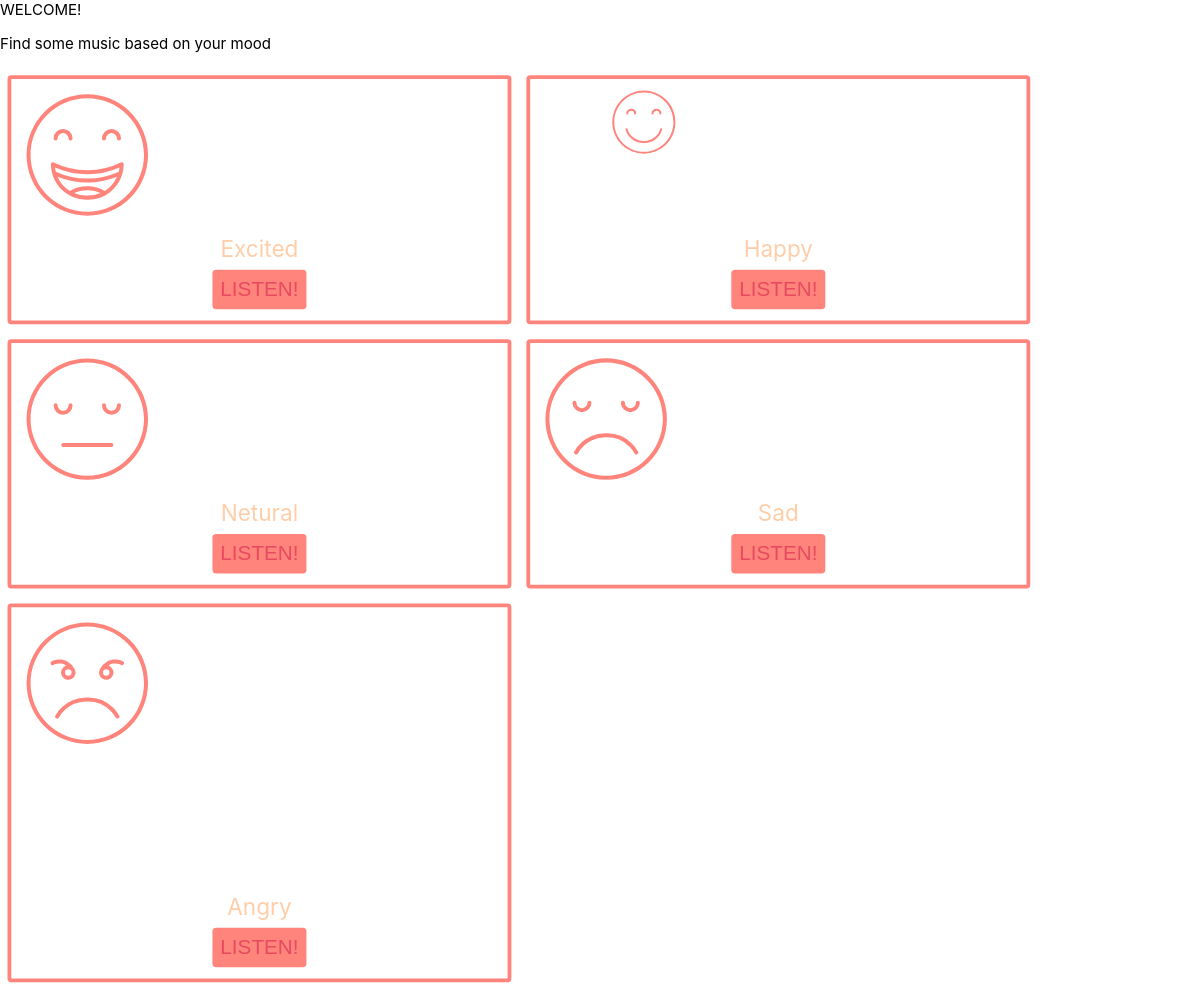
Repository: majakesin/moodify-app
Page: /
These files come from the project's save history. The page is drawn as it stood at one moment and after the next save; the edit follows.
The browser window is 1280 px wide. The pictures show the whole page, at 94% of full size.
The project was rebuilt for these pictures with package versions that can differ from the ones it lists, and the page was loaded fresh each time.

Above is the page before, as saved 2023-08-21 13:08:46.

### public/index.html
<!DOCTYPE html>
<html lang="en">
  <head>
    <meta charset="utf-8" />
    <link rel="icon" href="%PUBLIC_URL%/logo.svg" />
    <meta name="viewport" content="width=device-width, initial-scale=1" />
    <meta name="theme-color" content="#000000" />
    <meta
      name="description"
      content="Moodify -- App that gives yours ears the best music based on your mood"
    />
    <link rel="apple-touch-icon" href="%PUBLIC_URL%/logo.svg" />
    <!--
      manifest.json provides metadata used when your web app is installed on a
      user's mobile device or desktop. See https://developers.google.com/web/fundamentals/web-app-manifest/
    -->
    <link rel="manifest" href="%PUBLIC_URL%/manifest.json" />
    <!--
      Notice the use of %PUBLIC_URL% in the tags above.
      It will be replaced with the URL of the `public` folder during the build.
      Only files inside the `public` folder can be referenced from the HTML.

      Unlike "/favicon.ico" or "favicon.ico", "%PUBLIC_URL%/favicon.ico" will
      work correctly both with client-side routing and a non-root public URL.
      Learn how to configure a non-root public URL by running `npm run build`.
    -->
    <title>Moodify</title>
  </head>
  <body>
    <noscript>You need to enable JavaScript to run this app.</noscript>
    <div id="root"></div>
    <!--
      This HTML file is a template.
      If you open it directly in the browser, you will see an empty page.

      You can add webfonts, meta tags, or analytics to this file.
      The build step will place the bundled scripts into the <body> tag.

      To begin the development, run `npm start` or `yarn start`.
      To create a production bundle, use `npm run build` or `yarn build`.
    -->
  </body>
</html>

### src/App.js
import "./App.css";
import ChooseMood from "./pages/ChooseMood";

function App() {
  return (
    <div className="App">
      <ChooseMood />
    </div>
  );
}

export default App;

### src/App.css
@import '../src//styles/variables.css';

button {
  border: none;
  border-radius: 4px;
  padding: 8px;
  font-size: 22px;;
  margin: 4px;
  background-color: var(--third-color);
  color: var(--second-color);
}

button:hover {
  cursor: pointer;
}

### src/pages/ChooseMood/index.jsx
import { moods } from 'src/data/moods'
import Mood from 'src/components/Mood';

import styles from './index.module.css';

const ChooseMood = () => {

    return (
        <div>
            WELCOME!
            <p>Find some music based on your mood </p>
            <div className={styles['mood-list']}>
                {moods.map(({ type, icon }) => {
                    return (<Mood type={type} icon={icon} />)
                })}
            </div>
        </div>
    )

};

export default ChooseMood;

### src/styles/variables.css
:root,
:root.pink {
    --first-color: #45171d;
    --second-color: #e84a5f;
    --third-color: #ff847c;
    --fourth-color: #fecea8;
}
    :root.rainbow {
        --first-color: #cbf078;
        --second-color: #f8f398;
        --third-color: #f1b963;
        --fourth-color: #e46161;
    }
    :root.blue {
        --first-color: #5585b5;
        --second-color: #53a8b6;
        --third-color: #79c2d0;
        --fourth-color: #bbe4e9;
    }

### src/data/moods.js
export const moods = [
    {
        type: 'Excited',
        icon: <svg id="SvgjsSvg1081" xmlns="http://www.w3.org/2000/svg" version="1.1" xmlnsXlink="http://www.w3.org/1999/xlink" xmlnsSvgjs="http://svgjs.com/svgjs">
                <defs id="SvgjsDefs1082"></defs>
                <g id="SvgjsG1083">
                    <svg   preserveAspectRatio="xMidYMid meet" xmlns="http://www.w3.org/2000/svg" data-name="Layer 1" viewBox="0 0 1012 1012" width="288" height="288">
                        <path fill="currentcolor" d="M416.51318,95.48682A226.99992,226.99992,0,1,0,95.48682,416.51318,226.99992,226.99992,0,1,0,416.51318,95.48682ZM256,468C139.103,468,44,372.897,44,256S139.103,44,256,44s212,95.103,212,212S372.897,468,256,468ZM137.5,202a7.50006,7.50006,0,0,0,7.5-7.5,20.5,20.5,0,0,1,41,0,7.5,7.5,0,0,0,15,0,35.5,35.5,0,0,0-71,0A7.50006,7.50006,0,0,0,137.5,202Zm181,0a7.50006,7.50006,0,0,0,7.5-7.5,20.5,20.5,0,0,1,41,0,7.5,7.5,0,0,0,15,0,35.5,35.5,0,0,0-71,0A7.50006,7.50006,0,0,0,318.5,202Zm69.95947,82.13037a7.49875,7.49875,0,0,0-7.27832-.356A284.51645,284.51645,0,0,1,257.5,313h-1.48a284.55042,284.55042,0,0,1-125.2002-29.2251A7.4999,7.4999,0,0,0,120,290.5a132.31839,132.31839,0,0,0,79.15625,121.32324A131.47888,131.47888,0,0,0,252.5,423h7a132.5854,132.5854,0,0,0,127.794-97.37988A133.06894,133.06894,0,0,0,392,290.5,7.5003,7.5003,0,0,0,388.45947,284.13037ZM259.5,408h-7a116.58888,116.58888,0,0,1-46.02222-9.36157C219.72205,391.8783,237.33752,388,256.002,388c18.66236,0,36.27466,3.87708,49.51734,10.63538A116.56076,116.56076,0,0,1,259.5,408Zm83.08691-34.41309a117.56809,117.56809,0,0,1-21.38024,16.93219C305.07166,379.48517,281.17847,373,256.002,373c-25.18383,0-49.0852,6.48932-65.22168,17.52966a116.81051,116.81051,0,0,1-46.07495-53.13611,299.90773,299.90773,0,0,0,111.31323,21.61036c.5044,0,1.01612-.00147,1.52051-.00391A300.023,300.023,0,0,0,367.2478,337.40454,117.86031,117.86031,0,0,1,342.58691,373.58691ZM373.6593,318.347A284.8703,284.8703,0,0,1,257.46094,344c-.49219.00293-.97412.00391-1.46387.00391a284.90227,284.90227,0,0,1-117.65942-25.65967,117.74477,117.74477,0,0,1-2.72388-15.77832A299.64178,299.64178,0,0,0,256.02,328h1.519a299.80874,299.80874,0,0,0,118.84668-25.43555A117.6884,117.6884,0,0,1,373.6593,318.347Z" class="color2c2b2d svgShape"></path>
                    </svg>
                </g>
             </svg>
    },
    {
        type: 'Happy',
        icon: <svg id="SvgjsSvg1102" xmlns="http://www.w3.org/2000/svg" version="1.1" xmlnsXlink="http://www.w3.org/1999/xlink" xmlnsSvgjs="http://svgjs.com/svgjs">
                <defs id="SvgjsDefs1103"></defs>
                <g id="SvgjsG1104">
                    <svg xmlns="http://www.w3.org/2000/svg" data-name="Layer 1" viewBox="0 0 1012 1012" >
                        <path fill="currentcolor" d="M382.042,299.40674a7.496,7.496,0,0,0-9.21582,5.251A117.42927,117.42927,0,0,1,259.5,391h-7a117.41578,117.41578,0,0,1-113.32715-86.33447,7.49971,7.49971,0,1,0-14.46484,3.96875A132.417,132.417,0,0,0,252.5,406h7a132.58733,132.58733,0,0,0,127.793-97.37744A7.4999,7.4999,0,0,0,382.042,299.40674ZM416.51367,95.48682A227.00026,227.00026,0,0,0,95.48633,416.51318,227.00026,227.00026,0,0,0,416.51367,95.48682ZM256,468C139.10254,468,44,372.897,44,256S139.10254,44,256,44s212,95.103,212,212S372.89746,468,256,468ZM137.5,202a7.49974,7.49974,0,0,0,7.5-7.5,20.5,20.5,0,0,1,41,0,7.5,7.5,0,0,0,15,0,35.5,35.5,0,0,0-71,0A7.49974,7.49974,0,0,0,137.5,202Zm181,0a7.49974,7.49974,0,0,0,7.5-7.5,20.5,20.5,0,0,1,41,0,7.5,7.5,0,0,0,15,0,35.5,35.5,0,0,0-71,0A7.49974,7.49974,0,0,0,318.5,202Z" class="color2c2b2d svgShape"></path>
                    </svg>
                </g>
            </svg> ,
    },
    {
        type: 'Netural',
        icon: <svg id="SvgjsSvg1123" width="288" xmlns="http://www.w3.org/2000/svg" version="1.1" xmlnsXlink="http://www.w3.org/1999/xlink" xmlnsSvgjs="http://svgjs.com/svgjs">
                <defs id="SvgjsDefs1124"></defs>
                <g id="SvgjsG1125">
                    <svg xmlns="http://www.w3.org/2000/svg" data-name="Layer 1" viewBox="0 0 1012 1012" width="288" height="288">
                        <path fill="currentcolor" d="M201,204.5a7.5,7.5,0,0,0-15,0,20.5,20.5,0,0,1-41,0,7.5,7.5,0,0,0-15,0,35.5,35.5,0,0,0,71,0ZM374.5,197a7.50006,7.50006,0,0,0-7.5,7.5,20.5,20.5,0,0,1-41,0,7.5,7.5,0,0,0-15,0,35.5,35.5,0,0,0,71,0A7.50006,7.50006,0,0,0,374.5,197ZM416.51318,95.48682A226.99992,226.99992,0,1,0,95.48682,416.51318,226.99992,226.99992,0,1,0,416.51318,95.48682ZM256,468C139.103,468,44,372.897,44,256S139.103,44,256,44s212,95.103,212,212S372.897,468,256,468Zm90-123H166a7.5,7.5,0,0,0,0,15H346a7.5,7.5,0,0,0,0-15Z" class="color2c2b2d svgShape"></path>
                    </svg>
                </g>
            </svg>,
    },
    {
        type: 'Sad',
        icon: <svg id="SvgjsSvg1193" width="288" xmlns="http://www.w3.org/2000/svg" version="1.1" xmlnsXlink="http://www.w3.org/1999/xlink" xmlnsSvgjs="http://svgjs.com/svgjs">
                <defs id="SvgjsDefs1194"></defs>
                <g id="SvgjsG1195">
                    <svg xmlns="http://www.w3.org/2000/svg" data-name="Layer 1" viewBox="0 0 1012 1012" width="288" height="288">
                         <path fill="currentcolor" d="M165.5,230A35.54028,35.54028,0,0,0,201,194.5a7.5,7.5,0,0,0-15,0,20.5,20.5,0,0,1-41,0,7.5,7.5,0,0,0-15,0A35.54028,35.54028,0,0,0,165.5,230Zm209-43a7.50006,7.50006,0,0,0-7.5,7.5,20.5,20.5,0,0,1-41,0,7.5,7.5,0,0,0-15,0,35.5,35.5,0,0,0,71,0A7.50006,7.50006,0,0,0,374.5,187ZM353.19336,347.94678A132.16887,132.16887,0,0,0,259.5,309.14014h-7a131.47793,131.47793,0,0,0-53.34082,11.17529,133.55143,133.55143,0,0,0-62.24854,56.51221,7.50013,7.50013,0,0,0,13.07911,7.34472,118.4576,118.4576,0,0,1,55.21435-50.1289A116.57358,116.57358,0,0,1,252.5,324.14014h7a117.16738,117.16738,0,0,1,83.08691,34.41308,117.92616,117.92616,0,0,1,19.42432,25.62061,7.5,7.5,0,0,0,13.07715-7.34766A132.92018,132.92018,0,0,0,353.19336,347.94678Zm63.31982-252.46A226.99992,226.99992,0,1,0,95.48682,416.51318,226.99992,226.99992,0,1,0,416.51318,95.48682ZM256,468C139.103,468,44,372.897,44,256S139.103,44,256,44s212,95.103,212,212S372.897,468,256,468Z" class="color2c2b2d svgShape"></path>
                    </svg>
                </g>
            </svg>,
    },
    {
        type: 'Angry',
        icon: <svg xmlns="http://www.w3.org/2000/svg" data-name="Layer 1" viewBox="0 0 1012 1012" width="288" height="288">
                <path fill="currentcolor" d="M353.19336,347.94629A132.1737,132.1737,0,0,0,259.5,309.13965h-7a131.5101,131.5101,0,0,0-53.3418,11.17578,133.55212,133.55212,0,0,0-62.24707,56.51172,7.49995,7.49995,0,0,0,13.07813,7.3457A118.46814,118.46814,0,0,1,205.20313,334.043,116.60013,116.60013,0,0,1,252.5,324.13965h7a117.16506,117.16506,0,0,1,83.08691,34.41406,117.92838,117.92838,0,0,1,19.42481,25.62012,7.49957,7.49957,0,1,0,13.07617-7.34766A132.91978,132.91978,0,0,0,353.19336,347.94629ZM416.51367,95.48682A227.00044,227.00044,0,0,0,95.48633,416.51367,227.00044,227.00044,0,0,0,416.51367,95.48682ZM256,468C139.10254,468,44,372.89746,44,256,44,139.103,139.10254,44,256,44s212,95.103,212,212C468,372.89746,372.89746,468,256,468ZM175.12207,188.29736c.96533.53955,1.88086,1.10938,2.769,1.69336a27.02454,27.02454,0,1,0,28.58863,9.52246,62.7776,62.7776,0,0,0-24.04029-24.31005c-27.82519-15.55176-56.1748-2.73292-59.31445-1.21973a7.49994,7.49994,0,1,0,6.50977,13.51367C132.05762,186.33057,153.91113,176.44189,175.12207,188.29736ZM185.12012,204a12,12,0,1,1-12,12A12.01344,12.01344,0,0,1,185.12012,204ZM388.875,173.9834c-3.1416-1.51367-31.49121-14.33447-59.31348,1.21924a62.778,62.778,0,0,0-24.04126,24.31054,26.989,26.989,0,1,0,28.58887-9.52234c.88843-.58435,1.804-1.15429,2.76978-1.694,21.21191-11.85743,43.06347-1.96631,45.48632-.79981A7.49994,7.49994,0,1,0,388.875,173.9834ZM338.87988,216a12,12,0,1,1-12-12A12.01343,12.01343,0,0,1,338.87988,216Z" class="color2c2b2d svgShape"></path>
              </svg>,
    }

]

### src/components/Mood/index.jsx
import styles from './index.module.css';

const Mood = (props) => {

    const { type, icon } = props;

    return (
        <div className={styles.card}>
            <div className={styles.icon}>
                {icon}
            </div>
            <div className={styles.content}>
               <span className={styles.title}> {type} </span>
             <button> LISTEN!</button>
            </div>
        </div>
    )
};

export default Mood;

### src/pages/ChooseMood/index.module.css

.wrap {
 color: var(--first-color);
}

.mood-list {
    display: flex;
    flex-direction: row;
    flex-wrap: wrap;
}

### src/components/Mood/index.module.css

@import '../../styles/variables.css';

.card {
    border: 4px solid var(--third-color);
    border-radius: 4px;
    margin: 8px;
    padding: 8px;
    width: 40vw;
}

.icon {
    color: var(--third-color);
}

.content {
    display: flex;
    flex-direction: column;
    align-items: center;

}

.title {
    font-size: 24px;
    color: var(--fourth-color);
    margin: 4px;
}

Loaded but not shown: src/index.js (common file); src/index.css (common file); src/reportWebVitals.js (common file)

After the next save:
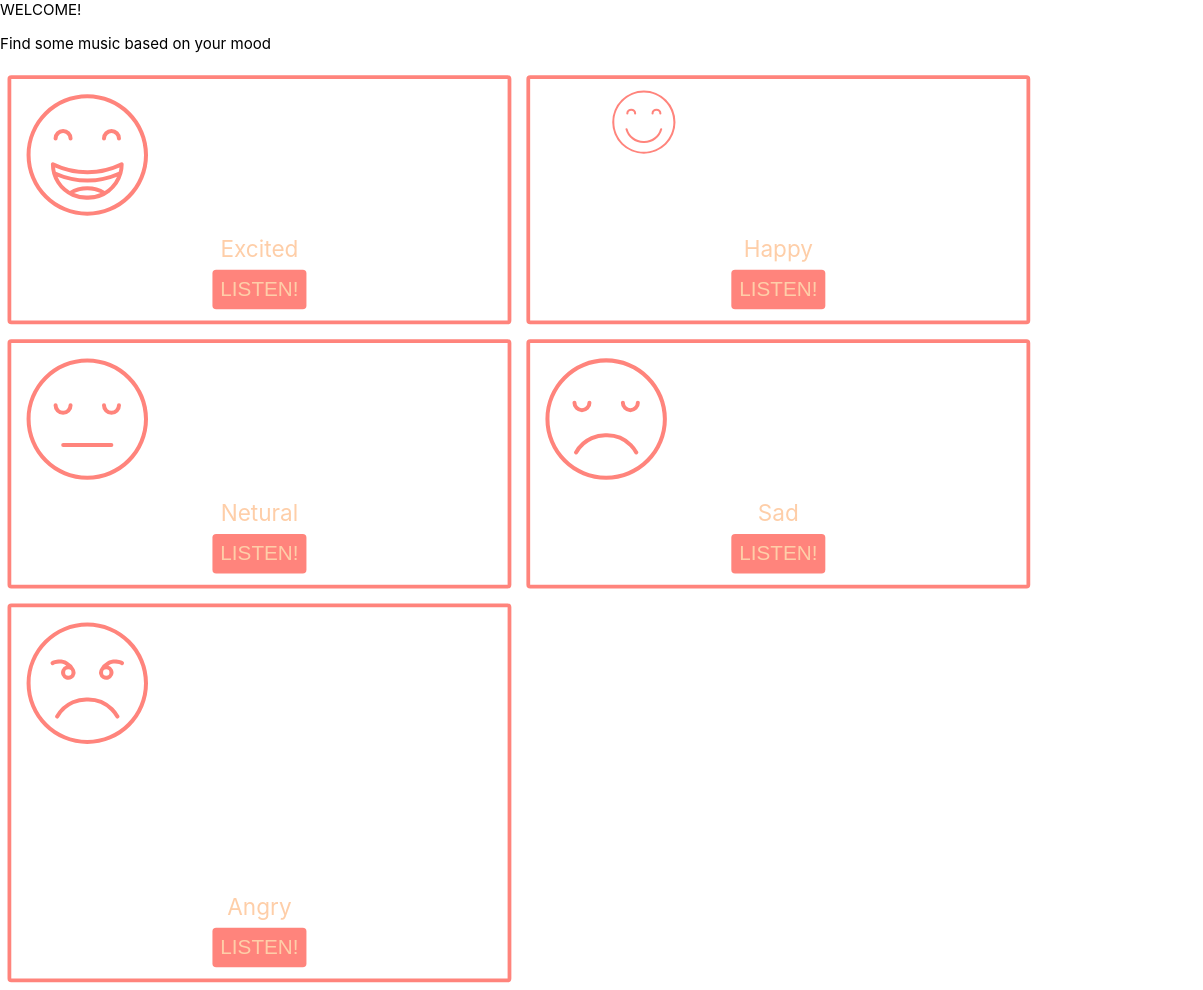
Saved 13 s later.
--- a/src/App.css
+++ b/src/App.css
@@ -7,7 +7,7 @@ button {
   font-size: 22px;;
   margin: 4px;
   background-color: var(--third-color);
-  color: var(--second-color);
+  color: var(--fourth-color);
 }
 
 button:hover {
